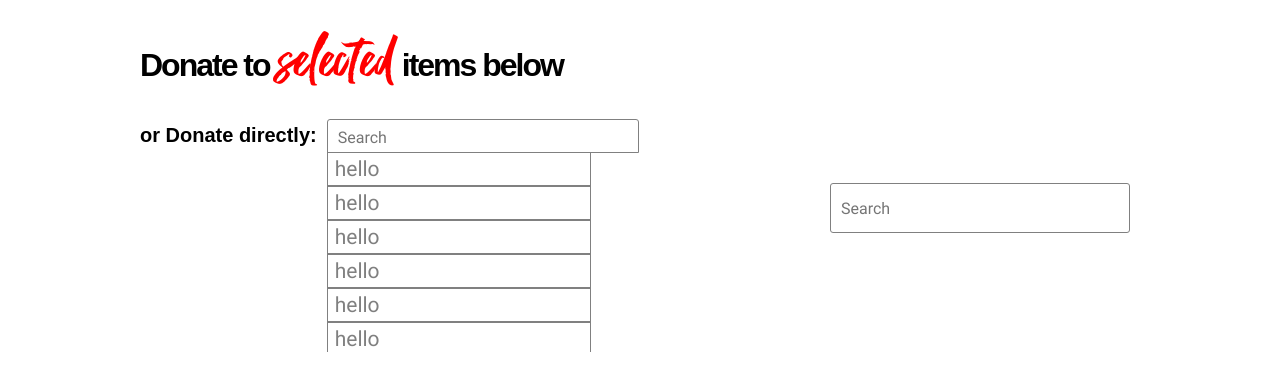
Repository: David-Waite/edableStyleChanges
Page: /
These files come from the project's save history. The page is drawn as it stood at one moment and after the next save; the edit follows.
The browser window is 1280 px wide. The pictures show the whole page.
The pointer rests on the first visible `.orgName`.
The page's requests for data from a server got no answer. The project was rebuilt for these pictures with package versions that can differ from the ones it lists, and the page was loaded fresh each time. Some packages were replaced by stand-ins written for this rebuild. No one was signed in, and anything a server would have sent is missing. Queries for data that is not in the repository find no rows. Also part of the build but not shown: src/components/Item/ProgressBar.css, src/components/Volunteer/Volunteer.tsx, src/components/DonorForm/Message.css, src/components/Volunteer/VolunteerError.tsx, src/components/Default.tsx, src/components/DonorForm/Paypal.tsx, src/components/DonorForm/DonorForm.tsx, src/components/DonorForm/PastDonations.css and 8 more.

Above is the page before, as saved 2022-11-09 19:48:07.

### public/index.html
<!DOCTYPE html>
<html lang="en">
  <head>
    <meta charset="utf-8" />
    <link rel="icon" href="%PUBLIC_URL%/favicon.ico" />
    <meta name="viewport" content="width=device-width, initial-scale=1" />
    <meta name="theme-color" content="#000000" />
    <meta name="description" content="EdAble Donations System" />
    <link rel="apple-touch-icon" href="%PUBLIC_URL%/logo192.png" />
    <link rel="manifest" href="%PUBLIC_URL%/manifest.json" />
    <link
      rel="stylesheet"
      href="https://cdn.jsdelivr.net/npm/bootstrap@5.2.0-beta1/dist/css/bootstrap.min.css"
      integrity="sha384-0evHe/X+R7YkIZDRvuzKMRqM+OrBnVFBL6DOitfPri4tjfHxaWutUpFmBp4vmVor"
      crossorigin="anonymous"
    />
    <title>EdAble Donations</title>
  </head>
  <body>
    <noscript>You need to enable JavaScript to run this app.</noscript>
    <div id="root"></div>
  </body>
  <script src="./iframeResizer.contentWindow.min.js"></script>
</html>

### src/index.tsx
import React from 'react';
import ReactDOM from 'react-dom/client';
import './index.css';
import App from './App';
import reportWebVitals from './reportWebVitals';
import './fonts/Roboto/Roboto-Medium.ttf';
import './fonts/Lora/Lora-VariableFont_wght.ttf';

const root = ReactDOM.createRoot(
  document.getElementById('root') as HTMLElement
);
root.render(
  <React.StrictMode>
    <App />
  </React.StrictMode>
);

// If you want to start measuring performance in your app, pass a function
// to log results (for example: reportWebVitals(console.log))
// or send to an analytics endpoint. Learn more: https://bit.ly/CRA-vitals
reportWebVitals();

### src/index.css
body {
  margin: 0;
  -webkit-font-smoothing: antialiased;
  -moz-osx-font-smoothing: grayscale;
}

code {
  font-family: source-code-pro, Menlo, Monaco, Consolas, "Courier New",
    monospace;
}

* {
  box-sizing: border-box;
}

#page-wrap {
  padding-bottom: 10px;
  padding-top: 10px;
}
@font-face {
  font-family: "Roboto";
  src: local("Roboto"),
    url("./fonts/Roboto/Roboto-Medium.ttf") format("truetype");
}

@font-face {
  font-family: "Lora";
  src: local("Lora"),
    url("./fonts/Lora/Lora-VariableFont_wght.ttf") format("truetype");
}

@font-face {
  font-family: "black_stonealternative";
  src: local("blackStone"),
    url("./fonts/BlackStone/blackstone-alternative-webfont.woff") format("woff");
}

h1 {
  font-family: "Roboto";
  font-style: normal;
  font-weight: 700;
  font-size: 52px;
  line-height: 64px;
  /* identical to box height, or 123% */
  color: #000000;
}

h2 {
  font-family: "Lora";
  font-style: normal;
  font-weight: 700;
  font-size: 47px;
  line-height: 60px;
  /* identical to box height, or 128% */
  color: #f1f1f1;
}

h3 {
  font-family: "Lora";
  font-style: normal;
  font-weight: 700;
  font-size: 40px;
  line-height: 51px;
  color: #c4c4c4;
}

h4 {
  font-family: "Roboto";
  font-style: normal;
  font-weight: 700;
  font-size: 35px;
  line-height: 43px;
  /* identical to box height, or 123% */
  letter-spacing: 0.02em;
  color: #000000;
}

h5 {
  font-family: "Roboto";
  font-style: normal;
  font-weight: 700;
  font-size: 28px;
  line-height: 44px;
  /* identical to box height, or 157% */
  color: #000000;
}

h6 {
  font-family: "Roboto";
  font-style: normal;
  font-weight: 700;
  font-size: 21px;
  line-height: 25px;
  /* identical to box height */
  color: #000000;
}

body {
  font-family: "Roboto";
  font-style: normal;
  font-weight: 400;
  font-size: 21px;
  line-height: 32px;
  /* identical to box height, or 152% */
  color: #000000;
}

### src/App.tsx
import React from "react";
import "./App.css";
import { BrowserRouter, Routes, Route } from "react-router-dom";

import { PayPalScriptProvider } from "@paypal/react-paypal-js";
import Base from "./components/Base";
import Landing from "./components/Landing/Landing";
import Volunteer from "./components/Volunteer/Volunteer";
import VolunteerError from "./components/Volunteer/VolunteerError";
import Default from "./components/Default";
import Organisation from "./components/Organisation/Organisation";
import ItemPage from "./components/Item/ItemPage";
import Success from "./components/DonorForm/Success";
import Cancel from "./components/DonorForm/Cancel";
import PastDonations from "./components/DonorForm/PastDonations";
import PastItemDonations from "./components/DonorForm/PastItemDonations";
import DonateTime from "./components/Volunteer/DonateTime";

function App() {
  return (
    <PayPalScriptProvider
      options={{
        "client-id":
        process.env.REACT_APP_PAYPAL_CLIENT_ID||"ATT3Tn46NrmHggGqVC4mzWOZWlnbp2ID9DA0yQnhsgqPFIVPPlLhfSI_-atbZc3aN7n_k7wUVTyQJMnI",
        currency: "AUD",
      }}
    >
      <BrowserRouter>
        <Routes>
          <Route path="/" element={<Base />}>
            <Route path="/" element={<Landing />} />
            <Route path="volunteer" element={<Volunteer />} />
            <Route path="success" element={<Success />} />
            <Route path="organisation/:orgId" element={<Organisation />} />
            <Route path="cancel/:orgId" element={<Cancel />} />
            <Route path="volunteererror/:orgId" element={<VolunteerError />} />
            <Route path="organisation/:orgId" element={<PastDonations />} />
            <Route path="item/:orgID/:itemID" element={<ItemPage />} />
            <Route path="item/:orgID/:itemID" element={<PastItemDonations />} />
            <Route path="volunteer/organisation/:orgId" element={<DonateTime />} />
            <Route path="volunteer/success" element={<Success />} />

            {/* Using path="*"" means "match anything", so this route
                acts like a catch-all for URLs that we don't have explicit
              routes for. */}
            <Route path="*" element={<Default />} />
          </Route>
        </Routes>
      </BrowserRouter>
    </PayPalScriptProvider>
  );
}

export default App;

### src/App.css
.App {
  text-align: center;
}

.App-logo {
  height: 40vmin;
  pointer-events: none;
}

@media (prefers-reduced-motion: no-preference) {
  .App-logo {
    animation: App-logo-spin infinite 20s linear;
  }
}

.App-header {
  background-color: #282c34;
  min-height: 100vh;
  display: flex;
  flex-direction: column;
  align-items: center;
  justify-content: center;
  font-size: calc(10px + 2vmin);
  color: white;
}

.App-link {
  color: #61dafb;
}

@keyframes App-logo-spin {
  from {
    transform: rotate(0deg);
  }
  to {
    transform: rotate(360deg);
  }
}

.font-face-rob {
  font-family: "Roboto";
}

.font-face-lora {
  font-family: "Lora";
}

.font-face-Black {
  font-family: "black_stonealternative";
}

### src/components/Base.tsx
import { Outlet } from 'react-router-dom';

function BasePage() {
  return (
    <>
      {/* An <Outlet> renders whatever child route is currently active,
          so you can think about this <Outlet> as a placeholder for
        the child routes we defined above. */}
      <Outlet/>
    </>
  );
}

export default BasePage;

### src/components/Landing/Landing.css
.carousel-control-next,
.carousel-control-prev {
  width: 10%;
}

.landing {
  max-width: 1000px;

  margin: 0px auto 90px;
}
.pageTitle {
  font-size: 32px;
  color: black;
  font-family: sans-serif;
  margin-top: 60px;
  margin-bottom: 40px;
  letter-spacing: -2px;
  line-height: 0px;
  font-weight: 700;
}

.title {
  font-size: 32px;
  color: white;
  font-family: sans-serif;
}
.pageTitle span {
  font-family: "black_stonealternative";
  margin-left: 0px;
  margin-right: 0px;
  font-size: 55px;
  letter-spacing: 1px;
  font-weight: 100;
}

.selectOrg {
  font-size: 20px;
  color: black;
  font-family: sans-serif;

  font-weight: 700;
}
.selectOrgCon {
  display: flex;

  margin-bottom: 0px;
}

.orgSearchBar input {
  height: auto;
  padding: 0 10px;
  border-radius: 3px 3px 0 0;
  box-shadow: none;
}

.orgSearchBar input::placeholder {
  font-size: 16px;
}

.orgSearchBar {
  padding-top: 14px;
  margin-left: 10px;
}

.orgNameCon {
  margin-top: -1px;
  position: absolute;
  max-height: 200px;
  overflow: scroll;
}
.orgName {
  padding-left: 7px;
  width: 264px;
  color: grey;
  border: 0.1px solid grey;
  background-color: white;
}

.col {
  padding: 0;
}

.navBarContainer {
  margin-left: 30px;
  margin-top: 10px;
  position: absolute;
  color: white;
}

.carousel {
  /* margin: 3px; */
  /* border-radius: 30px; */

  color: white;
  /* height: ; */
}

.carouselImage {
  object-fit: cover;
  height: calc(500px - 140px);
}

.carousel-contents {
  display: flex;

  flex-direction: column;
  justify-content: flex-end;

  color: white;
  height: 500px;
}

.carousel-indicators {
  margin-bottom: 10px;
}

.carousel-contents-bottom {
  display: flex;
  align-items: center;
  justify-content: space-between;
  gap: 10px;

  margin-bottom: 30px;
}

.caroursel-text {
  padding: 0px 25px;
  height: 140px;
  background-color: #333333;
}

.btnContribute {
  background-color: #e50040;
  color: white;
  border: none;
  border-radius: 3px;
}

.btnContribute span {
  margin-left: 3px;
  font-size: 16px;
  font-weight: 400;
  color: white;
}

.btnContribute div {
  font-size: 16px;
  font-weight: 400;
  margin: 0;
}

.btnContribute:hover {
  background-color: #d4033e;
  color: white;
}

.orgSummary {
  font-size: 16px;
  line-height: 25px;
  margin-bottom: 0px;
}

.imgCarousel {
  width: 100%;
  height: 600px;
}

.orgList {
  font-family: sans-serif;
  font-size: 20px;
  color: black;
}

.orgListCon {
  display: flex;
  align-items: center;
}
@media (max-width: 1040px) {
  .landing {
    padding: 0 20px;
  }
}

@media (max-width: 900px) {
  .title {
    font-size: 28px !important;
  }
}

@media (max-width: 800px) {
  .carousel-contents-bottom {
    flex-direction: column;
    align-items: flex-start;

    gap: 0px;
  }
  .caroursel-text {
    height: 200px;
  }
}

@media (max-width: 500px) {
  .btnContribute div {
    width: 100%;
  }

  .caroursel-text {
    height: 220px;
  }
}

@media (max-width: 370px) {
  .btnContribute {
    margin-top: -10px;
    font-size: 10px;
  }
}

@media (max-width: 325px) {
  .btnContribute span {
    font-size: 9px;
  }
}

/* #carousel-indicators {
    color:rgb(17, 0, 61)
} */

/* Button {
  font-size: x-small;
  style={{ backgroundImage: `url(${org.data.img})` }}




   <img
                              className="imgCarousel"
                              src={org.data.img}
                              alt={`${org.data.name}` + "'s logo"}
                            />
} */

### src/components/Landing/ItemsCollection.tsx
import { useState, useEffect } from "react";
import {
  collectionGroup,
  query,
  onSnapshot,
  collection,
  where,
  getDocs,
} from "firebase/firestore";
import { db } from "../../config/firebase";
import Card from "react-bootstrap/Card";
import ProgressBar from "react-bootstrap/ProgressBar";
import { Link } from "react-router-dom";
import styles from "./ItemsCollection.module.css";
import "../Item/ProgressBar.css";

function ItemsCollection(props: any) {
  const [itemList, setItemList] = useState<any>([]);
  const [search, setSearch] = useState<string>("");

  useEffect(() => {
    const q = query(
      collectionGroup(db, "Items"),
      where("activeStatus", "==", true)
    );

    onSnapshot(q, async (querySnapshot) => {
      setItemList(
        querySnapshot.docs.map((doc) => ({
          id: doc.id,
          data: doc.data(),
          parentDoc: doc.ref.parent.parent?.id,
        }))
      );
    });
  }, []);

  function mergeLists() {
    const mergeList: any = [];
    itemList.map((item: any) => {
      props.orgList.map((org: any) => {
        if (item.parentDoc === org.id) {
          if (item.data.activeStatus === true) {
            mergeList.push({
              ...item,
              orgName: org.data.name,
              orgActiveStatus: org.data.activeStatus,
            });
          }
        }
      });
    });
    return mergeList;
  }

  const mergeList = mergeLists();

  const handleChange = (e: React.ChangeEvent<HTMLInputElement>) => {
    setSearch(e.target.value);
  };
  const filteredItems = mergeList.filter((item: any) =>
    item.data.name.toLowerCase().includes(search.toLowerCase())
  );

  return (
    <>
      <div className={styles.containerDiv}>
        <div
          className={styles.searchBar}
          style={{
            borderRadius: "3px",
            display: "flex",
            alignItems: "right",
            justifyContent: "right",
          }}
        >
          <input
            style={{ fontSize: "16px" }}
            className={styles.input}
            type="text"
            onChange={handleChange}
            placeholder="Search"
          />
        </div>

        <div className={styles.cardParentDiv}>
          {filteredItems.map((item: any) => (
            <div key={item.id.toString()} className={styles.cards}>
              <div className={styles.cardImage}>
                <img src={item.data.img} alt={`Image of  ${item.data.name}`} />
              </div>

              <div className={styles.cardBody}>
                <div>
                  <h3 className={styles.cardTitle}>
                    {item.orgName}:
                    <br />
                    <span>{item.data.name}</span>
                  </h3>

                  <p className={styles.cardDes}>{item.data.summary}</p>
                </div>

                <div className={styles.bottomHalfCard}>
                  <p>
                    ${item.data.totalDonationsValue || 0} of $
                    {item.data.initialPrice}
                  </p>
                  <ProgressBar
                    striped
                    now={
                      item.data.totalDonationsValue
                        ? (item.data.totalDonationsValue /
                            item.data.initialPrice) *
                          100
                        : 0
                    }
                    label={`${Math.round(
                      (item.data.totalDonationsValue / item.data.initialPrice) *
                        100
                    )}%`}
                  />
                  <Link
                    style={{
                      textDecoration: "none",
                      color: "black",
                    }}
                    to={`item/${item.parentDoc}/${item.id}`}
                  >
                    <div className={styles.btn}>DONATE NOW!</div>
                  </Link>
                </div>
              </div>
            </div>
          ))}
        </div>
      </div>
    </>
  );
}

export default ItemsCollection;

### src/components/Organisation/Organisation.module.css
.body {
  background-color: black;
}

* {
  margin: 0;
  padding: 0;
}

img {
  max-width: 100%;
}

.section {
  max-width: 1000px;
  margin: 0 auto;
  background-color: white;
}

.orgName,
.volunteerOrgName span {
  font-family: "black_stonealternative";
  margin-left: 0px;
  margin-right: 0px;
  font-size: 55px;
  font-weight: 100;
  color: #5e17a9;
  line-height: 45px;
}

.orgNameSpan,
.volunteerOrgName {
  font-size: 32px;
  color: black;
  font-family: sans-serif;
  font-weight: 600;
  line-height: normal;
}
.volunteerOrgName span {
  color: #5e17a9;
}
.line {
  margin: 20px 0 30px;
  height: 3px;
  width: 70px;
  background-color: #511493;
}

.itemName {
  font-size: 32px;
  color: black;
  font-family: sans-serif;
  font-weight: 600;
  line-height: normal;
}

.itemImgDesktop {
  margin-bottom: 20px;
}

.sideIdmage {
  display: flex;
  flex-direction: column;
}

.itemImgMobile,
.mobileSideImg {
  display: none;
}

.itemName span {
  color: #511493;
  font-size: 33px;
}

.des {
  margin-top: 20px;
  font-size: 16px;
  font-weight: 100;
  line-height: 25px;
  color: #333333;
}
.mainContent {
  margin-top: 40px;
  display: grid;
  grid-template-columns: 1fr 1.5fr;
  gap: 80px;
}
.btn {
  display: flex;
  align-items: center;
  height: 40px;
  color: white;

  border-radius: 3px !important;
  font-size: 16px;
  font-weight: 400;
  padding: 0 15px;
}

a {
  text-decoration: none !important;
}
.websiteBtn {
  height: 40px;

  border-radius: 3px !important;
  font-size: 16px;
  font-weight: 400;
  padding: 10px 15px;

  color: white;
  background-color: #511493;
}
.btn:hover {
  color: white;
}

.goBack {
  background-color: #e50040;
}

.goBack:hover {
  background-color: #f16800;
}

.orgImg {
  width: 100%;
  height: 500px;
  object-fit: cover;
}

.website {
  padding: 30px;
  margin-top: 10px;
  background: linear-gradient(58.89deg, #5e17a9 31.3%, #e50040 67.75%);
  color: white;
}

.website div {
  margin-top: 10px;
}
.website a {
  background-color: #e50040;
  width: 100%;
  color: white;
  border-radius: 3px !important;
  font-size: 16px;
  font-weight: 400;
  padding: 10px 15px;
}

.header {
  margin: 10px 0;
  display: flex;
  gap: 10px;

  align-items: center;
}

h6 {
  margin-top: 30px;
  font-size: 33px;
  font-weight: 400;
  line-height: 30px;
}

h6 div {
  font-family: "black_stonealternative";
  margin-top: 30px;
  color: #5e17a9;
  font-size: 55px;
  letter-spacing: 1px;
  font-weight: 100;
}

.orgDescription {
  margin-top: 20px;
  font-size: 16;
}

.formCon {
  margin-top: 20px;
}

.btnPurple {
  background-color: #511493;
}
.topItem {
  display: flex;
  align-items: center;
  gap: 40px;
}

.backButton {
  margin-top: 30px;
  color: white;
  border-radius: 3px;
  background-color: #e50040;
  border: none;
}

.backButton:hover {
  color: white;

  background-color: #d4033e;
}

.topButton:hover {
  background-color: #f16800;
}

.card {
  border-radius: 3px;
  border: none;

  background-color: #f4f4f4;
}

.card img {
  width: 100%;
}

.cardContent {
  padding: 20px;
}

.cardTitle {
  font-size: 18px;
  color: black;
  font-family: sans-serif;
  height: auto;
  line-height: 25px;
}

.cardDes {
  margin-top: 0px;
  color: rgb(29, 29, 29);
  font-size: 16px;
  letter-spacing: 0.1px;
  line-height: 20px;
  font-weight: 400;
}

@media (max-width: 1040px) {
  .section {
    padding: 0 20px;
  }
}
@media (max-width: 700px) {
  .content {
    padding: 0 20px 50px;
  }
  .formContainer {
    padding: 30px 20px;
  }
  .topItem {
    display: flex;
    flex-direction: column;
    gap: 40px;
  }
  .card {
    width: 100%;
  }
}

@media (max-width: 900px) {
  .mainContent {
    display: grid;
    grid-template-columns: 1fr;
    gap: 20px;
    margin-bottom: 10px;
  }
  .itemImgDesktop,
  .desktopSideImg {
    display: none;
  }
  .mobileSideImg {
    display: block;
  }

  .itemImgMobile {
    display: block;
    width: 100%;
  }
}

@media (max-width: 500px) {
  label {
    font-size: 10px;
  }

  h6 {
    font-size: 25px;
  }
  h6 span {
    font-size: 40px;
  }
  .btn {
    font-size: 12px;
  }
}

### src/components/Landing/ItemsCollection.module.css
.containerDiv {
  /* background-color: rgb(212, 238, 249); */
  border-radius: 40px;
}

.searchBar {
  border-radius: 3px !important;
  padding: 0;
}
.title {
  font-size: 32px;
  color: black;
  font-family: sans-serif;
  margin-top: 60px;
  margin-bottom: 40px;

  letter-spacing: -2px;
}

.title span {
  font-family: "black_stonealternative";
  margin-left: 0px;
  margin-right: 0px;
  font-size: 55px;
  letter-spacing: 1px;
  font-weight: 100;
}

.input {
  margin: 10px;
  width: 300px;
  border-radius: 3px;
  padding: 2px 10px;
}

.cardParentDiv {
  margin-top: 20px;
  display: grid;
  grid-template-columns: 1fr 1fr 1fr;
  gap: 30px;
}

.bottomHalfCard {
  align-self: end;
}
.cardParentDiv img {
  width: 100%;
  height: 180px;
  object-fit: cover;
  padding: 0;
  margin: 0;
}

.cardImage {
  height: 180px;
}
.cardTitle {
  font-size: 18px;
  color: black;
  font-family: sans-serif;
  height: auto;
  line-height: 25px;
}

.cardTitle span {
  color: #e50040;
}

.cardDes {
  height: 60px;
  margin-top: 0px;
  color: rgb(29, 29, 29);
  font-size: 16px;
  letter-spacing: 0.1px;
  line-height: 16px;
  font-weight: 400;
}

.btn {
  text-decoration: none;
  color: white;
  display: flex;
  align-items: center;
  justify-content: center;
  height: 40px;
  margin-top: 10px;
  margin-bottom: -15px;
  text-align: center;
  border-radius: 3px;
  font-size: 16px;
  font-weight: 400;

  background-color: #5e17a9;
}

.cardBody {
  padding: 10px 10px 30px 10px;
}

.cards {
  border-radius: 3px;
  border: none;
  background-color: #f4f4f4;
}

@media (max-width: 1040px) {
  .cardParentDiv {
    grid-template-columns: 1fr 1fr;
    gap: 60px;
  }
  .input {
    width: calc(100vw - 40px);
  }
}

@media (max-width: 650px) {
  .cardParentDiv {
    grid-template-columns: 1fr 1fr;
    gap: 20px;
  }
}

@media (max-width: 600px) {
  .cardParentDiv {
    grid-template-columns: 1fr;
    gap: 20px;
  }
}

### src/components/DonorForm/DonorForm.css
.donorInfoContainer {
  background-color: rgb(238, 238, 238);
  padding: 20px 40px;
  border-radius: 3px;
}

.formTitle {
  color: #5e17a9;
}

.presetButtons {
  display: flex;
  align-items: center;
  justify-content: flex-start;
  margin-bottom: -20px;
}

label,
.or {
  padding: 5px 0;
  font-weight: lighter;
}

label span {
  color: rgb(176, 53, 53);
  margin-left: 2px;
}

input:disabled {
  background-color: rgb(197, 197, 197);
}

.checkbox {
  display: flex;
  justify-content: start;
  align-items: center;
}

.checkbox input {
  width: auto;
  margin-right: 5px;
}

.monthlyPayment {
  margin-top: 15px;
  margin-bottom: -25px;
}

.availablity {
  display: flex;
  gap: 60px;
  padding-bottom: 10px;
}

.isAron {
  margin-top: 15px;
}
.mailingList {
  margin-bottom: 15px;
}
input,
select {
  height: 50px;
  width: 100%;
  border: 0.1px solid;
  border-color: grey;
  border-radius: 5px;
}

select {
  padding: 15px 10px;
  border: none;
}

span {
  font-size: large;
  color: red;
}

.proceedPayBtn {
  color: white;
  background-color: #ff7000;
  border-color: #ff7000;
  margin-right: auto;
}

.proceedPayBtn:hover {
  background-color: #f16800;
  color: white;
}

button {
  border-radius: 4px;
  border: 1px solid rgb(215, 215, 215);
  padding: 5px 10px;
  font-size: 14px;
  margin: 5px;
  color: white;
  background-color: #ff7000;
  border-color: #ff7000;
}

button[type="submit"],
input[type="submit"] {
  background: #ec598f;
  color: white;
  text-transform: uppercase;
  border: none;
  margin-top: 40px;
  padding: 10px;
  font-size: 16px;
  font-weight: 400;
  letter-spacing: 10px;
}

Loaded but not shown: src/reportWebVitals.ts (common file); public/iframeResizer.contentWindow.min.js (library); public/manifest.json (25 lines, source omitted); src/config/firebase.js (25 lines, source omitted); src/components/Landing/Landing.tsx (157 lines, source omitted)

After the next save:
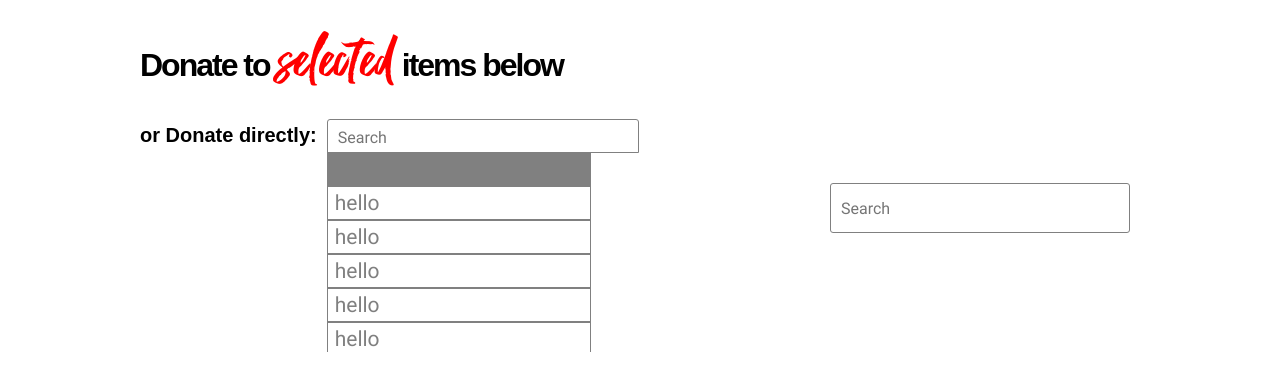
Saved 15 s later.
--- a/src/components/Landing/Landing.css
+++ b/src/components/Landing/Landing.css
@@ -72,10 +72,14 @@
   padding-left: 7px;
   width: 264px;
   color: grey;
+
   border: 0.1px solid grey;
   background-color: white;
 }
 
+.orgName:hover {
+  background-color: grey;
+}
 .col {
   padding: 0;
 }
